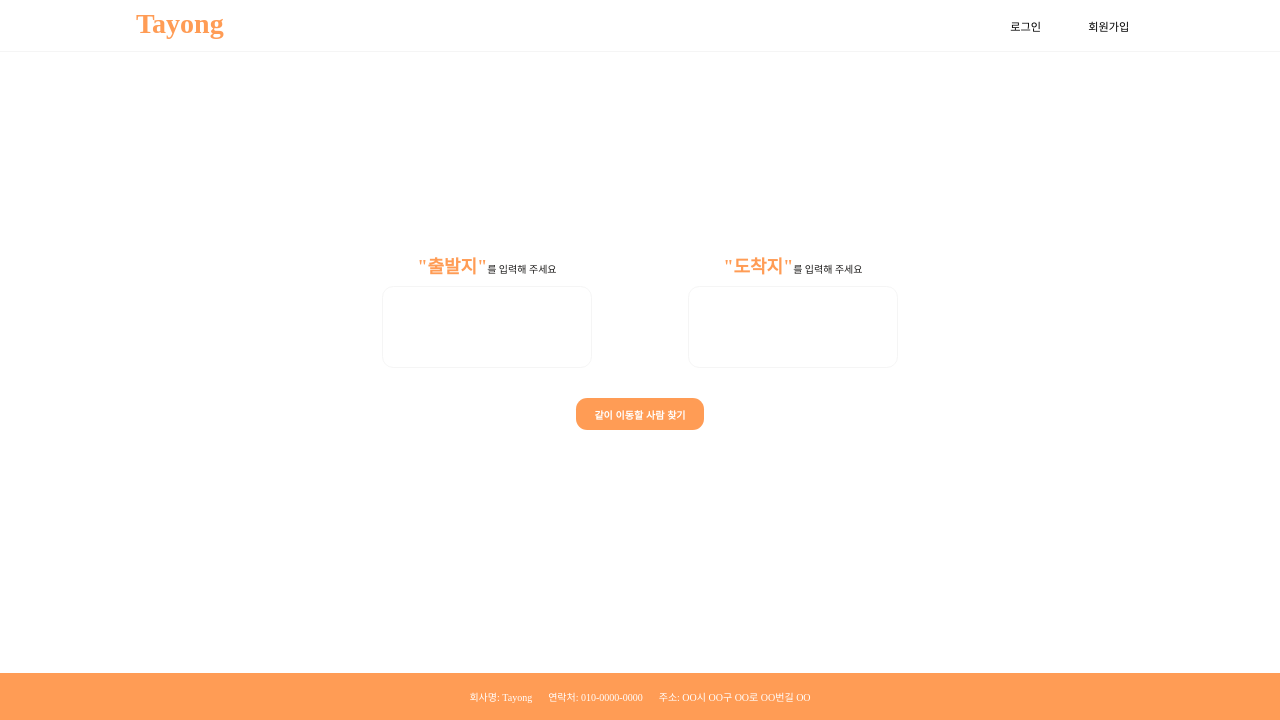
Repository: YEOMJINSEOP/playground
Page: / (app in tayong/)
These files come from the project's save history. The page is drawn as it stood at one moment and after the next save; the edit follows.
The browser window is 1280 px wide. The pictures show the whole page.
The project was rebuilt for these pictures with package versions that can differ from the ones it lists, and the page was loaded fresh each time.

Above is the page before, as saved 2022-10-28 14:47:52.

After the next save:
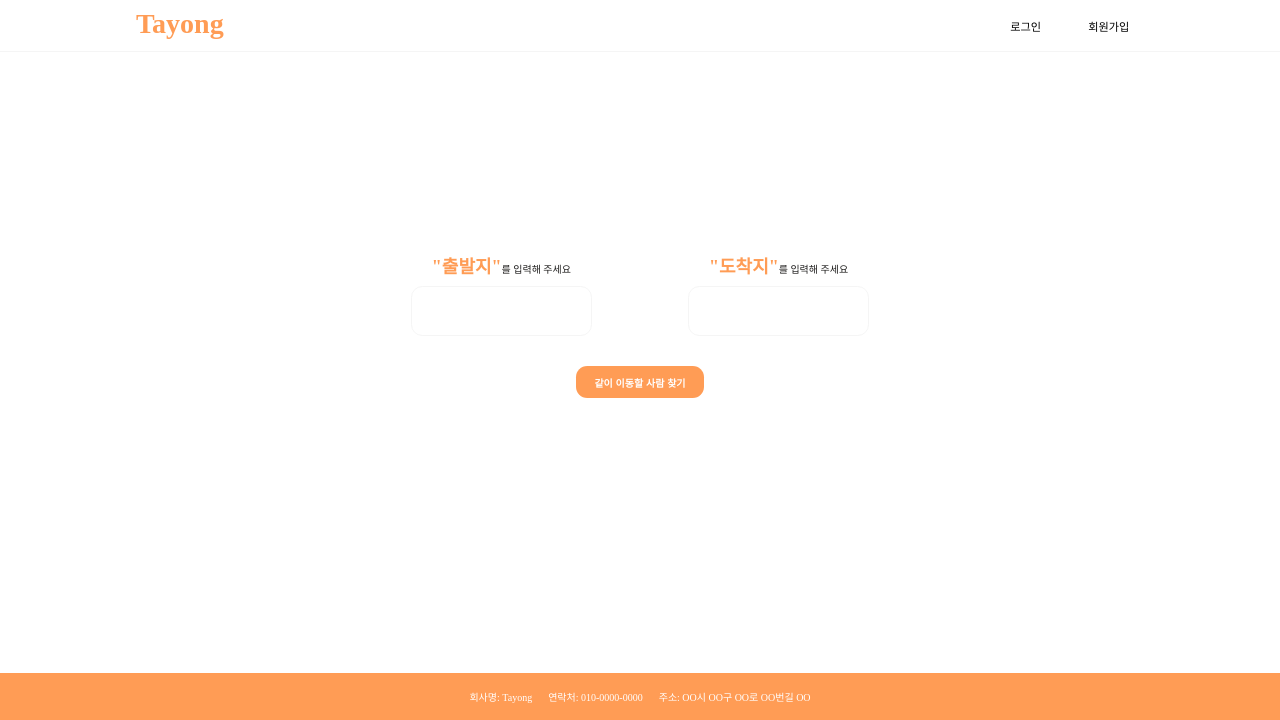
Saved 6 s later.
--- a/tayong/src/components/locationSelector/locationSelector.module.css
+++ b/tayong/src/components/locationSelector/locationSelector.module.css
@@ -26,7 +26,7 @@
 .locationSelectorInput{
   width: 11rem;
   height: 3rem;
-  padding: 1rem;
+  padding: 0 0.1rem;
   border: var(--border-weight) solid var(--color-light-grey) ;
   border-radius: 0.7rem;
   color: var(--color-black);
